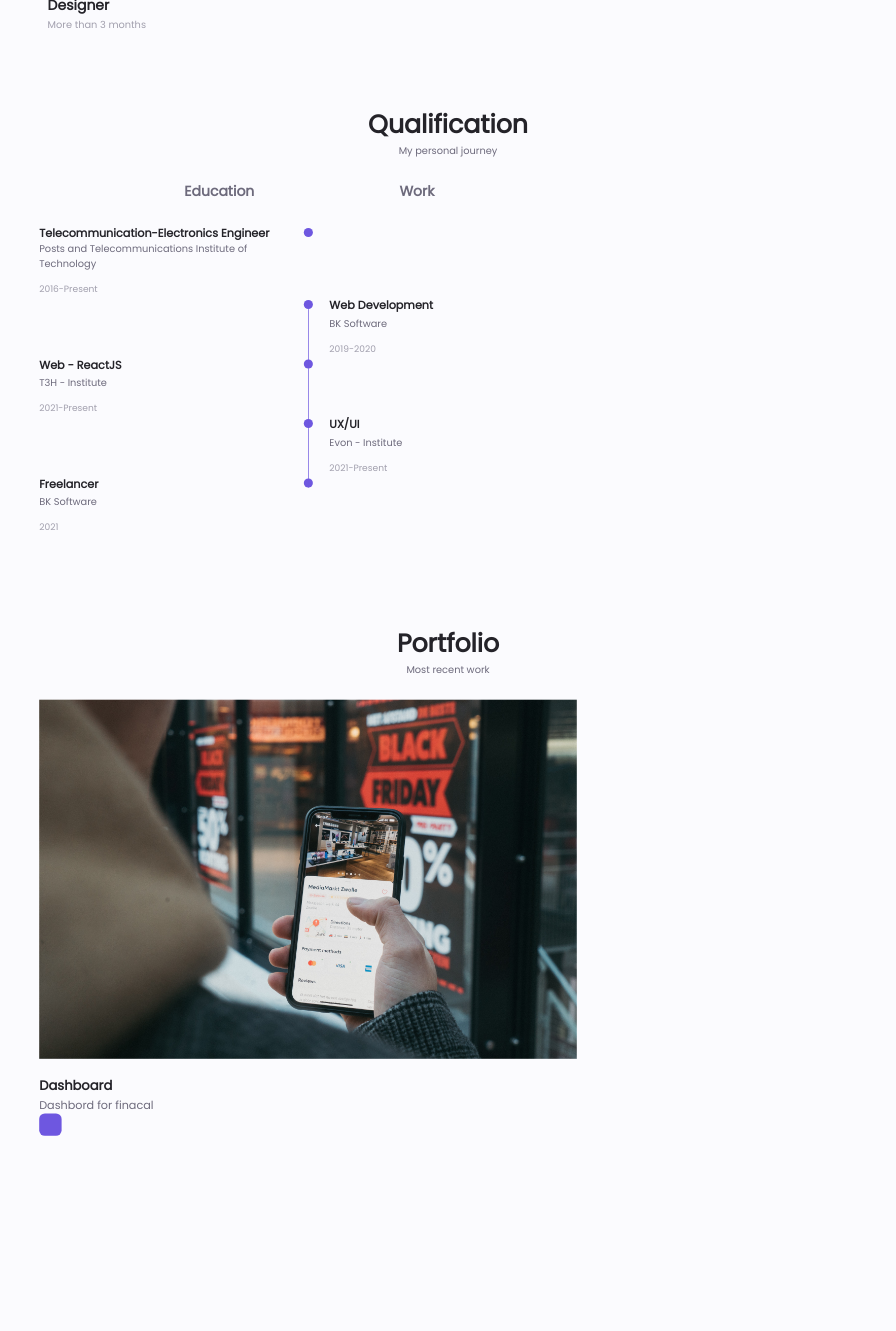
Repository: Datt21/portfolio
Page: index.html
The author's editor kept a copy of each file at every save. The page is drawn from the files as they stood at one save, then again after the next save.
The browser window is 1280 px wide. The pictures show the part of the page from y = 1831 to 3751 px (the page is 3733 px tall before and 3751 px after), at 70% of full size.
Some icons come from a web library that is not loaded, so they are not drawn.

Above is the page before, as saved 2021-07-11 17:16:22.

After the next save:
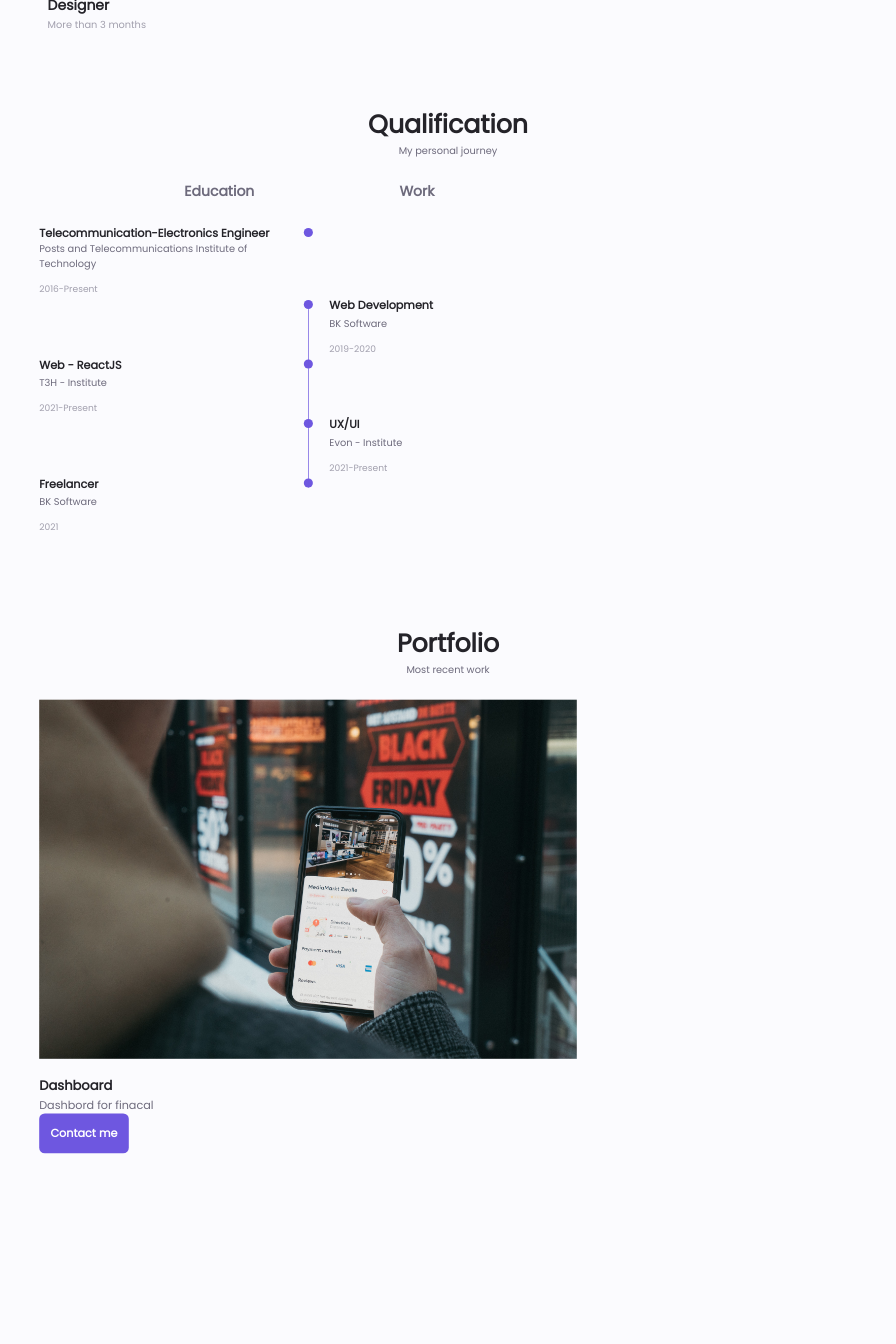
Saved 13 s later.
--- a/index.html
+++ b/index.html
@@ -408,7 +408,7 @@
                         <div class="portfolio__data">
                             <h3 class="portfolio__title">Dashboard</h3>
                             <p class="portfolio__description">Dashbord for finacal</p>
-                            <a href="" class="button button--flex button--small"></a>
+                            <a href="" class="button button--flex button--small"> Contact me</a>
                         </div>
                     </div>
                 </div>
